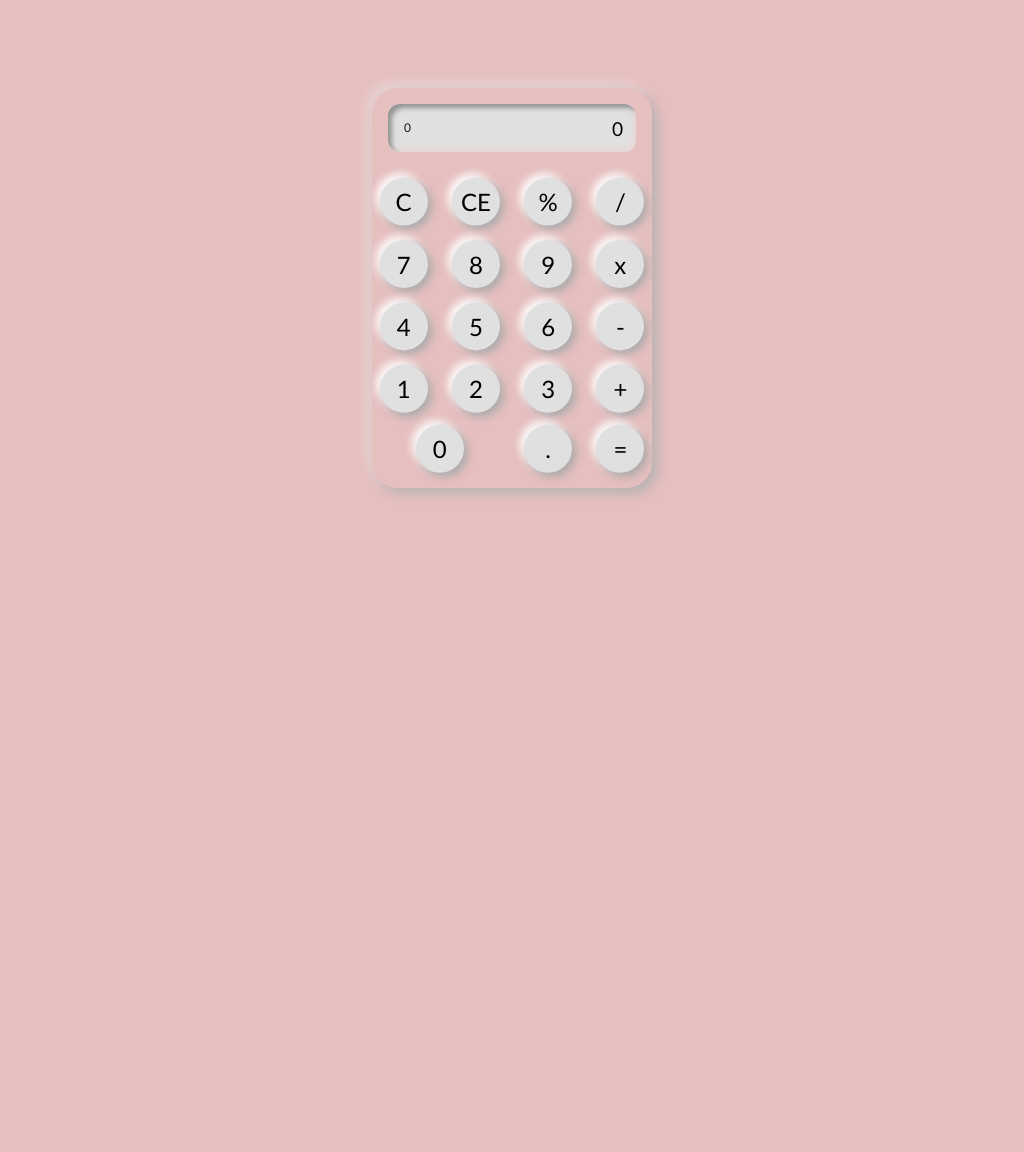
Repository: Goldmyn/Calculator
Page: index.html
These files come from the project's save history. The page is drawn as it stood at one moment and after the next save; the edit follows.
The browser window is 1280 px wide. The pictures show the whole page, at 80% of full size.

Above is the page before, as saved 2022-09-28 04:30:09.

After the next save:
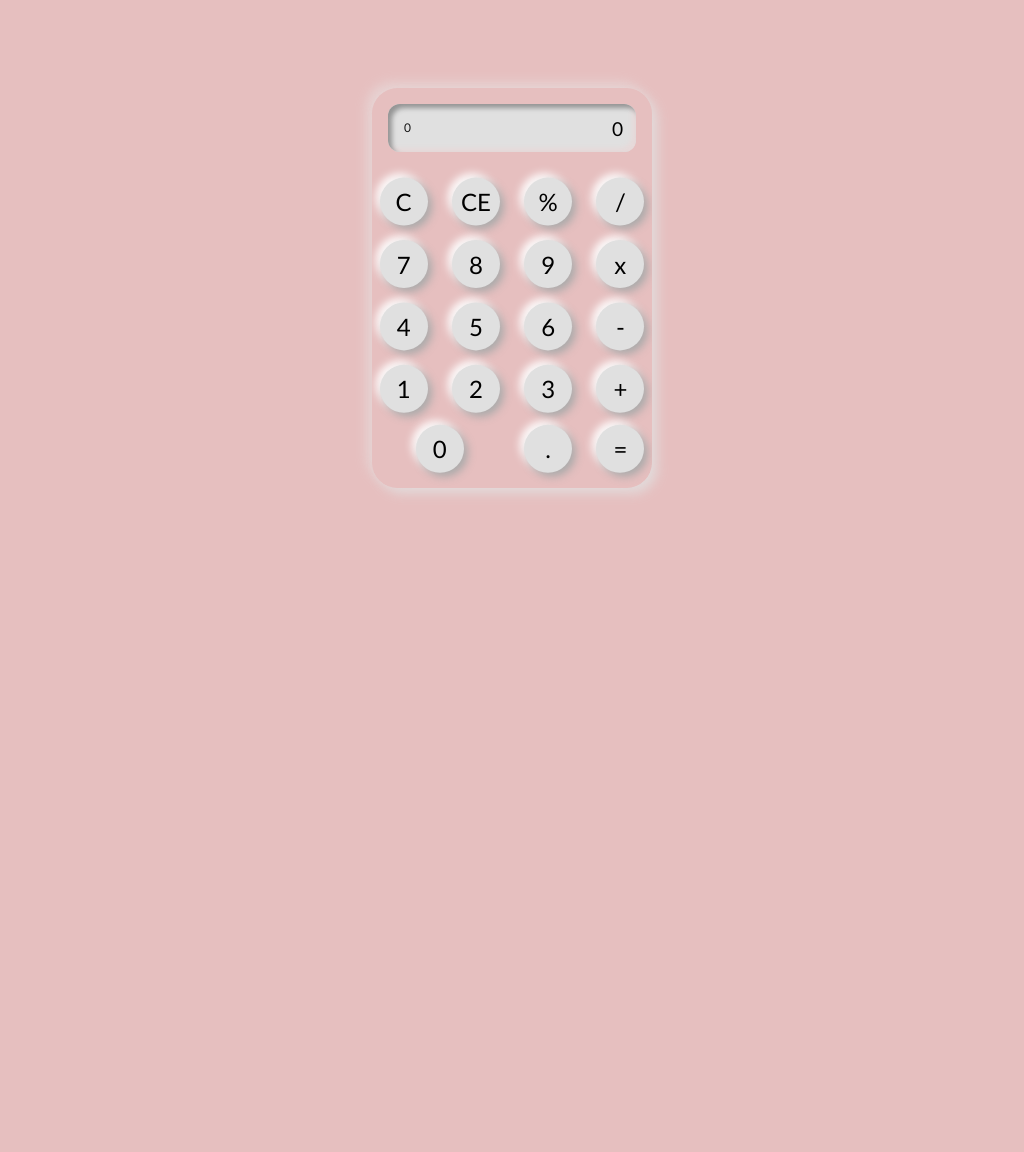
Saved 4 s later.
--- a/index.css
+++ b/index.css
@@ -21,7 +21,7 @@
     max-width: 350px;
     border-radius: 32px;
     background: #e6bfbf;
-    box-shadow: 7px 7px 14px #b8b2b2, -7px -7px 14px #e7d3d3;
+    box-shadow: 7px 7px 14px #e2dada, -7px -7px 14px #e7d3d3;
     overflow: hidden;
   }
   .display {

After the save that followed:
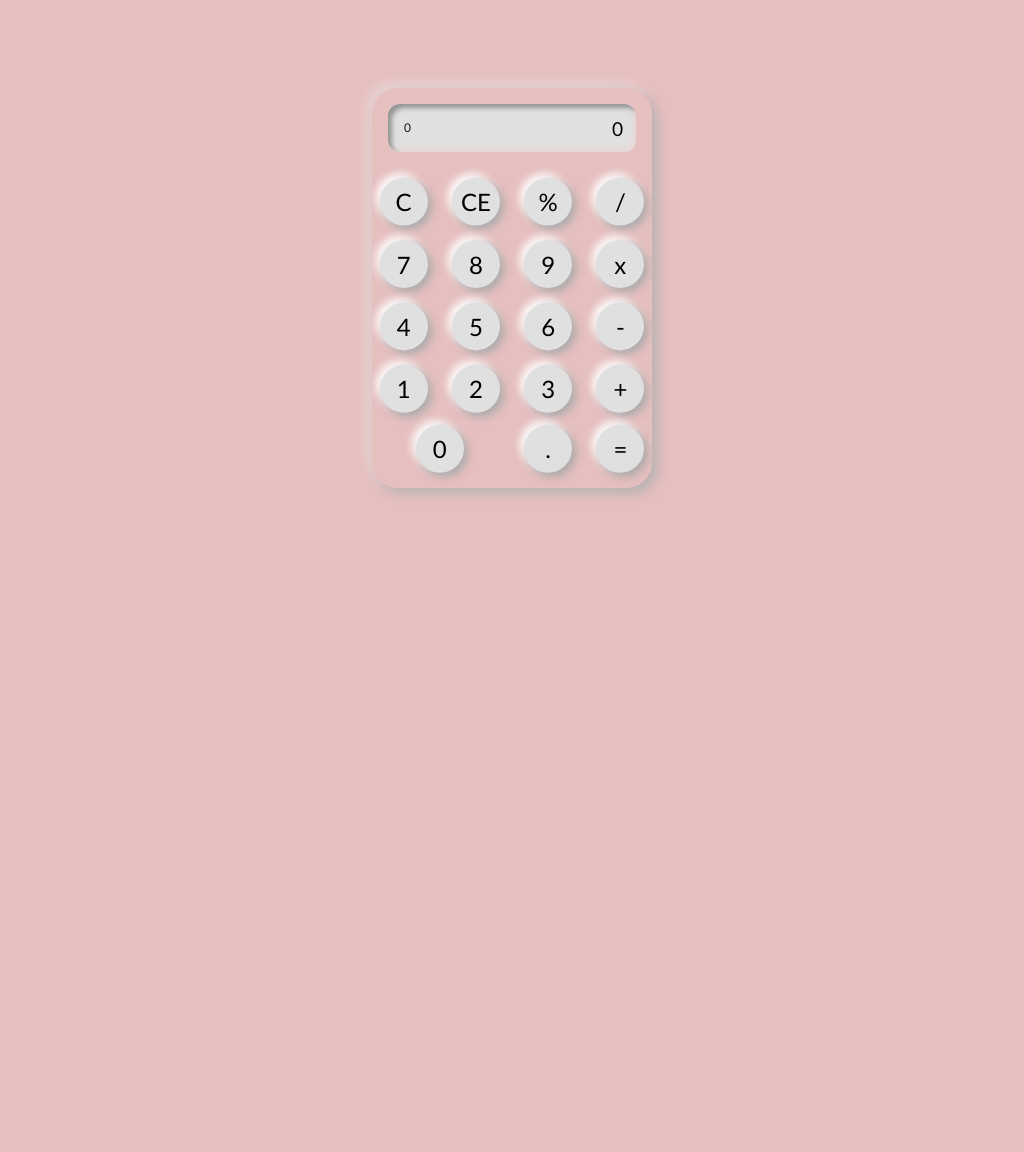
Saved 5 s later.
--- a/index.css
+++ b/index.css
@@ -21,7 +21,7 @@
     max-width: 350px;
     border-radius: 32px;
     background: #e6bfbf;
-    box-shadow: 7px 7px 14px #e2dada, -7px -7px 14px #e7d3d3;
+    box-shadow: 7px 7px 14px #b8b2b2, -7px -7px 14px #e7d3d3;
     overflow: hidden;
   }
   .display {
